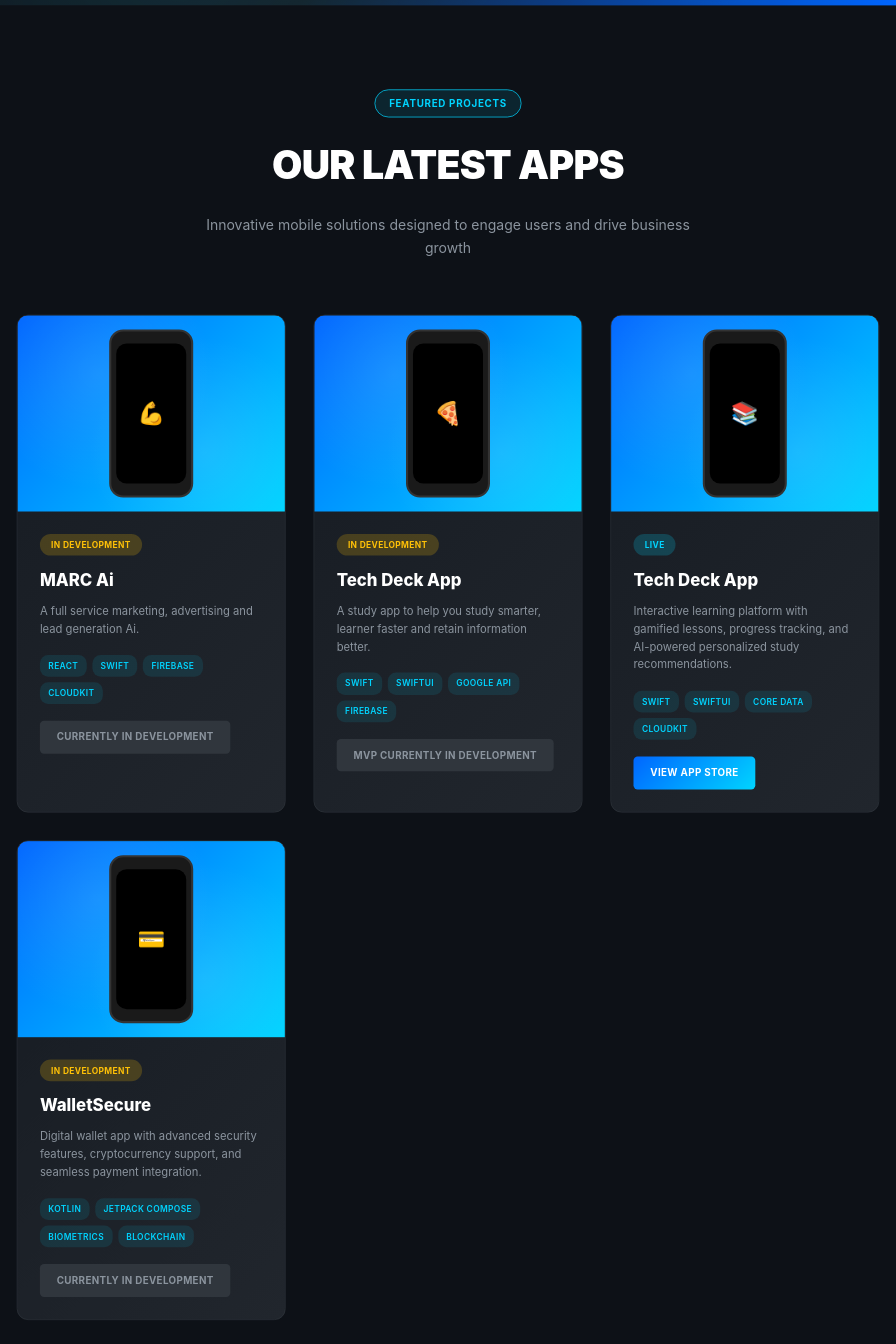
Repository: techandbeauty/NexusTech-Service-Portal
Page: apps.html
These files come from the project's save history. The page is drawn as it stood at one moment and after the next save; the edit follows.
The browser window is 1280 px wide. The pictures show the part of the page from y = 504 to 2424 px (the page is 4285 px tall), at 70% of full size.

Above is the page before, as saved 2025-09-06 10:22:46.

After the next save:
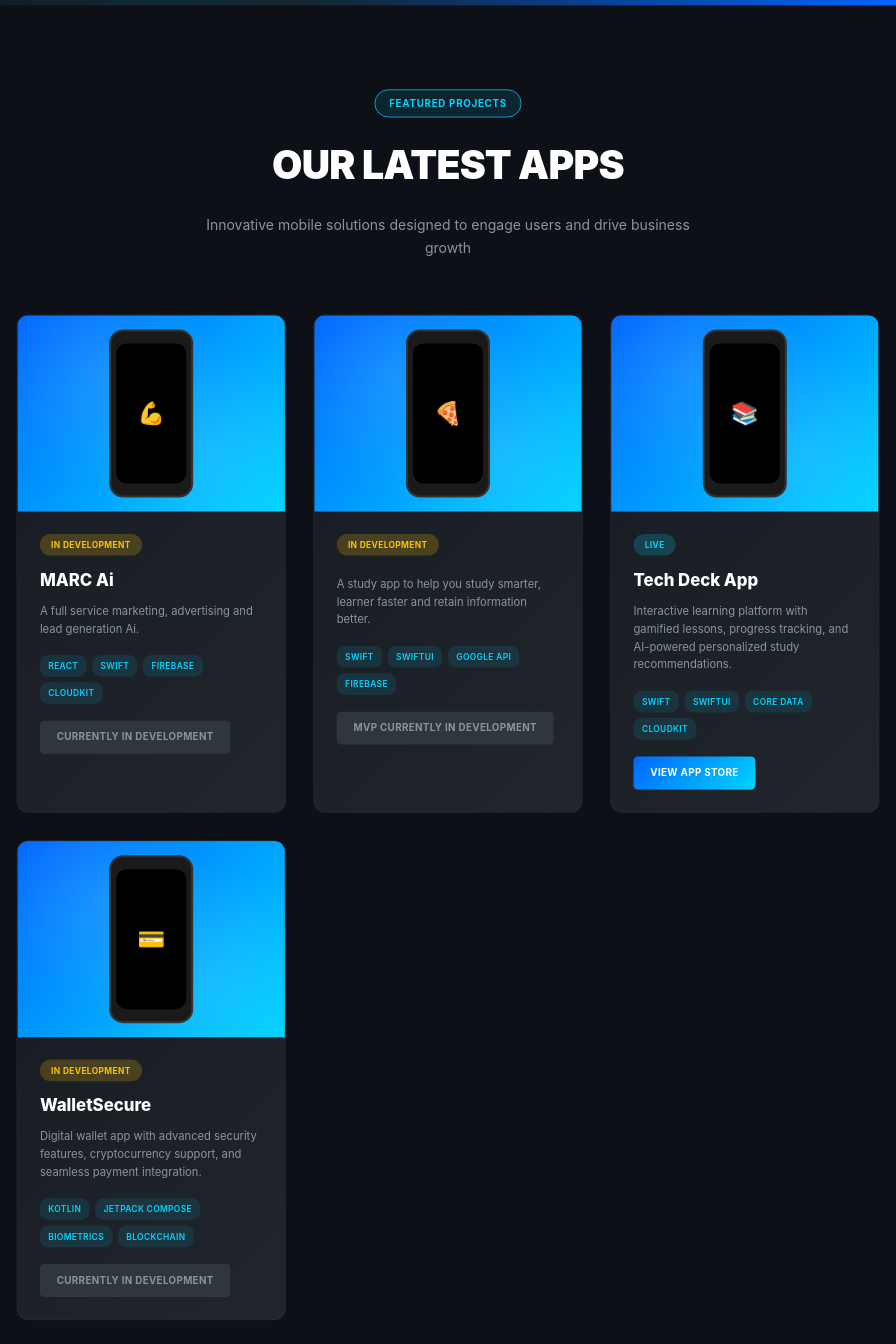
Saved 5 s later.
--- a/apps.html
+++ b/apps.html
@@ -598,7 +598,7 @@
                     </div>
                     <div class="app-info">
                         <span class="app-status development">In Development</span>
-                        <h3> Tech Deck App</h3>
+                        <h3> </h3>
                         <p>A study app to help you study smarter, learner faster and retain information better. </p>
                         <div class="tech-tags">
                             <span class="tech-tag">Swift</span>
